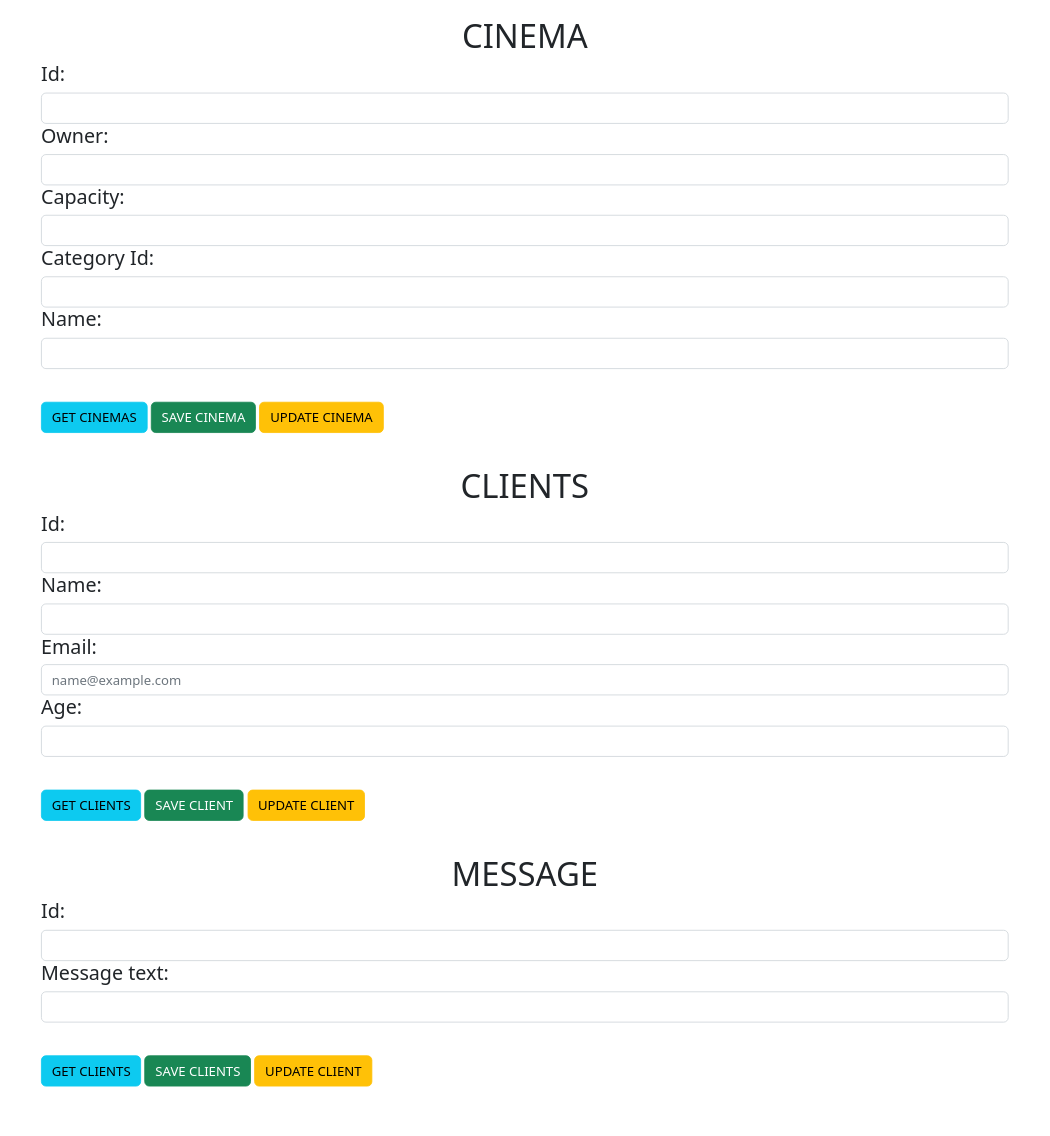
Repository: almendezl/MisionTIC
Page: index.html
The author's editor kept a copy of each file at every save. The page is drawn from the files as they stood at one save, then again after the next save.
The browser window is 1280 px wide. The pictures show the whole page, at 82% of full size.

Above is the page before, as saved 2022-10-01 22:20:27.

### index.html
<html lang="en">
<head>
    <meta charset="UTF-8">
    <meta http-equiv="X-UA-Compatible" content="IE=edge">
    <meta name="viewport" content="width=device-width, initial-scale=1.0">
    <link rel="stylesheet" href="styles.css">
    <title>MISION TIC 2022 RETO 2</title>
</head>
<!-- add jquery api -->
<script src="https://ajax.googleapis.com/ajax/libs/jquery/3.6.1/jquery.min.js"></script>
<!-- add bootstrap -->

<link href="https://cdn.jsdelivr.net/npm/bootstrap@5.2.1/dist/css/bootstrap.min.css" rel="stylesheet" integrity="sha384-iYQeCzEYFbKjA/T2uDLTpkwGzCiq6soy8tYaI1GyVh/UjpbCx/TYkiZhlZB6+fzT" crossorigin="anonymous">
<!-- add the file with the script -->
<script type="text/javascript" src="myScript.js"></script>
<body>
    <!-- cinema front -->
    <h1 class="text-center">CINEMA</h1>
    <form action="">
        <div class="form-group">
            <h4 class="label label-default" >Id: </h4>
            <input class="form-control" type="number" id="cinemaId">
        </div>

        <div class="form-group">
            <h4 class="label label-default" >Owner: </h4>
            <input class="form-control" type="text" id="cinemaOwner">
        </div>

        <div class="form-group">
            <h4 class="label label-default" >Capacity: </h4>
            <input class="form-control" type="number" id="cinemaCapacity" >
        </div>

        <div class="form-group">
            <h4 class="label label-default" >Category Id: </h4>
            <input class="form-control" type="number" id="cinemaCategory">
        </div>

        <div class="form-group">
            <h4 class="label label-default" >Name: </h4>
            <input class="form-control" type="text" id="cinemaName"><br>
        </div>

    </form>




    <button class="btn btn-info" onclick="getCinemas()">GET CINEMAS</button>

    <button class="btn btn-success" onclick="setCinema()">SAVE CINEMA</button>

    <button class="btn btn-warning" onclick="updateCinema()">UPDATE CINEMA</button><br><br>


    <table class="table table-striped" id="cinemasList">


    </table>

    <!-- Clients front  -->
    <h1 class="text-center">CLIENTS</h1>
    <form action="">
        <div class="form-group">
            <h4 class="label label-default" >Id: </h4>
            <input class="form-control" type="number" id="clientId">
        </div>

        <div class="form-group">
            <h4 class="label label-default" >Name: </h4>
            <input class="form-control" type="text" id="clientName">
        </div>

        <div class="form-group">
            <h4 class="label label-default" >Email: </h4>
            <input class="form-control" type="text" id="clientEmail" placeholder="name@example.com">
        </div>

        <div class="form-group">
            <h4 class="label label-default" >Age: </h4>
            <input class="form-control" type="number" id="clientAge"><br>
        </div>

    </form>




    <button class="btn btn-info" onclick="getClients()">GET CLIENTS</button>

    <button class="btn btn-success" onclick="setClient()">SAVE CLIENT</button>

    <button class="btn btn-warning" onclick="updateClient()">UPDATE CLIENT</button><br><br>


    <table class="table table-striped" id="clientsList">


    </table>

    <!-- Message front  -->
    <h1 class="text-center">MESSAGE</h1>
    <form action="">
        <div class="form-group">
            <h4 class="label label-default" >Id: </h4>
            <input class="form-control" type="number" id="messageId">
        </div>

        <div class="form-group">
            <h4 class="label label-default" >Message text: </h4>
            <input class="form-control" type="text" id="messageText"><br>
        </div>


    </form>




    <button class="btn btn-info" onclick="getClients()">GET CLIENTS</button>

    <button class="btn btn-success" onclick="setClient()">SAVE CLIENTS</button>

    <button class="btn btn-warning" onclick="updateClient()">UPDATE CLIENT</button><br><br>


    <table class="table table-striped" id="clientsList">


    </table>

</body>
</html>

### styles.css
body {

    padding: 20px 50px;
  }

### myScript.js
let urlCinema = "https://gbc0751b79176df-fy68ude9ajgxmklv.adb.us-ashburn-1.oraclecloudapps.com/ords/admin/cinema/cinema";
let urlClient = "https://gbc0751b79176df-fy68ude9ajgxmklv.adb.us-ashburn-1.oraclecloudapps.com/ords/admin/client/client";
let urlMessage = "https://gbc0751b79176df-fy68ude9ajgxmklv.adb.us-ashburn-1.oraclecloudapps.com/ords/admin/message/message";

/**
 * ----------------CINEMAS ---------------------
 */
function getCinemas(){

    $.ajax({
        url:  urlCinema,
        type: 'GET',
        dataType: 'json',

        success: function(cinemas){
            console.log(cinemas);
            let cs= cinemas.items;
            //$('#clientsList').append("<h2>Clients List</h2>");
            $('#cinemasList').empty();
            if(cs.length > 0){

                $('#cinemasList').append("<thead><tr><th scope='col'>Id</th><th scope='col'>Owner</th><th scope='col'>Capacity</th><th scope='col'>Category Id</th> <th scope='col'>Name</th><th scope='col'>Option</th></tr></thead><tbody></tbody>");
                for(i = 0; i<cs.length; i++){

                    $('#cinemasList').append("<tr><th scope='row'>"+cs[i].id+"</th><td>"+cs[i].owner+"</td><td>"+cs[i].capacity+"</td><td>"+cs[i].category_id+"</td><td>"+cs[i].name+"</td><td>"+"<button class='btn btn-danger' onclick='deleteCinema("+cs[i].id+")'>DELETE</button></td></tr>");

                }
            }

        },
        error: function(xhr, status){
            alert("A problem has occurred");
        },
        complete: function(xhr, status){
            //alert("Request made");
        }
    });

}

function setCinema(){

    let id = $("#cinemaId").val();
    let owner = $("#cinemaOwner").val();
    let capacity = $("#cinemaCapacity").val();
    let category = $("#cinemaCategory").val();
    let name = $("#cinemaName").val();

    let data = {
        id: id,
        owner: owner,
        capacity: capacity,
        category_id: category,
        name: name

    };

    let dataToSend = JSON.stringify(data);

    console.log(dataToSend);

    $.ajax({
        url: urlCinema,
        type: 'POST',
        //dataType: 'json',
        data: dataToSend,
         contentType: "application/json",

        success: function(json){
            console.log(json);
            //Clean the inputs
            $("#cinemaId").val('');
            $("#cinemaOwner").val('');
            $("#cinemaCapacity").val('');
            $("#cinemaCategory").val('');
            $("#cinemaName").val('');
            getCinemas();
        },
        error: function(xhr, status){
            //alert("A problem has occurred");

        },
        complete: function(xhr, status){
            //alert("Request made");

        }
    });

}

function updateCinema(){
    let id = $("#cinemaId").val();
    let owner = $("#cinemaOwner").val();
    let capacity = $("#cinemaCapacity").val();
    let category = $("#cinemaCategory").val();
    let name = $("#cinemaName").val();

    let data = {
        id: id,
        owner: owner,
        capacity: capacity,
        category_id: category,
        name: name

    };

    let dataToSend = JSON.stringify(data);

    console.log(dataToSend);

    $.ajax({
        url: urlCinema,
        type: 'PUT',
        //dataType: 'json',
        data: dataToSend,
        contentType: "application/json",

        success: function(json){
            console.log(json);
            //Clean the inputs
            $("#cinemaId").val('');
            $("#cinemaOwner").val('');
            $("#cinemaCapacity").val('');
            $("#cinemaCategory").val('');
            $("#cinemaName").val('');
            getCinemas();
        },
        error: function(xhr, status){
            //alert("A problem has occurred");

        },
        complete: function(xhr, status){
            //alert("Request made");

        }
    });
}

function deleteCinema(cinemaId){


    let data = {
        id: cinemaId

    };

    let dataToSend = JSON.stringify(data);

    console.log(dataToSend);

    $.ajax({
        url: urlCinema,
        type: 'DELETE',
        //dataType: 'json',
        data: dataToSend,
        contentType: "application/json",

        success: function(json){
            console.log(json);
            //Clean the inputs
            $("#cinemaId").val('');
            $("#cinemaOwner").val('');
            $("#cinemaCapacity").val('');
            $("#cinemaCategory").val('');
            $("#cinemaName").val('');
            getCinemas();
        },
        error: function(xhr, status){
            //alert("A problem has occurred");

        },
        complete: function(xhr, status){
            //alert("Request made");

        }
    });
}

/**
 * ----------------CLIENTS ---------------------
 */

function getClients(){

    $.ajax({
        url: urlClient,
        type: 'GET',
        dataType: 'json',

        success: function(clients){
            console.log(clients);
            let cs= clients.items;
            //$('#clientsList').append("<h2>Clients List</h2>");
            $('#clientsList').empty();
            if(cs.length > 0){
                $('#clientsList').append("<thead><tr><th scope='col'>Id</th><th scope='col'>Name</th><th scope='col'>Email</th><th scope='col'>Age</th> <th scope='col'>Option</th></tr></thead><tbody></tbody>");
            for(i = 0; i<cs.length; i++){
                //$('#clientsList').append("<b>"+cs[i].id+" "+cs[i].name+" </b> "+cs[i].email+"   <button class='btn btn-danger' onclick='deleteClient("+cs[i].id+")'>DELETE</button>"+"<br>");
                $('#clientsList').append("<tr><th scope='row'>"+cs[i].id+"</th><td>"+cs[i].name+"</td><td>"+cs[i].email+"</td><td>"+cs[i].age+"</td><td>"+"<button class='btn btn-danger' onclick='deleteClient("+cs[i].id+")'>DELETE</button></td></tr>");

            }
            }

        },
        error: function(xhr, status){
            alert("A problem has occurred");
        },
        complete: function(xhr, status){
            //alert("Request made");
        }
    });

}

function setClient(){

    let clientId = $("#clientId").val();
    let clientName = $("#clientName").val();
    let clientEmail = $("#clientEmail").val();
    let clientAge = $("#clientAge").val();

    let data = {
        id: clientId,
        name: clientName,
        email: clientEmail,
        age: clientAge

    };

    let dataToSend = JSON.stringify(data);

    console.log(dataToSend);

    $.ajax({
        url: urlClient,
        type: 'POST',
        //dataType: 'json',
        data: dataToSend,
         contentType: "application/json",

        success: function(json){
            console.log(json);
            //Clean the inputs
            $("#clientId").val('');
            $("#clientName").val('');
            $("#clientEmail").val('');
            $("#clientAge").val('');
            getClients();
        },
        error: function(xhr, status){
            //alert("A problem has occurred");

        },
        complete: function(xhr, status){
            //alert("Request made");

        }
    });

}

function updateClient(){
    let clientId = $("#clientId").val();
    let clientName = $("#clientName").val();
    let clientEmail = $("#clientEmail").val();
    let clientAge = $("#clientAge").val();

    let data = {
        id: clientId,
        name: clientName,
        email: clientEmail,
        age: clientAge

    };

    let dataToSend = JSON.stringify(data);

    console.log(dataToSend);

    $.ajax({
        url:urlClient,
        type: 'PUT',
        //dataType: 'json',
        data: dataToSend,
        contentType: "application/json",

        success: function(json){
            console.log(json);
            //Clean the inputs
            $("#clientId").val('');
            $("#clientName").val('');
            $("#clientEmail").val('');
            $("#clientAge").val('');
            getClients();
        },
        error: function(xhr, status){
            //alert("A problem has occurred");

        },
        complete: function(xhr, status){
            //alert("Request made");

        }
    });
}

function deleteClient(clientId){


    let data = {
        id: clientId

    };

    let dataToSend = JSON.stringify(data);

    console.log(dataToSend);

    $.ajax({
        url:urlClient,
        type: 'DELETE',
        //dataType: 'json',
        data: dataToSend,
        contentType: "application/json",

        success: function(json){
            console.log(json);
            //Clean the inputs
            $("#clientId").val('');
            $("#clientName").val('');
            $("#clientEmail").val('');
            $("#clientAge").val('');
            getClients();
        },
        error: function(xhr, status){
            //alert("A problem has occurred");

        },
        complete: function(xhr, status){
            //alert("Request made");

        }
    });
}

/**
 * ----------------MESSAGE ---------------------
 */

 function getMessages(){

    $.ajax({
        url: urlMessage,
        type: 'GET',
        dataType: 'json',

        success: function(clients){
            console.log(clients);
            let cs= clients.items;
            //$('#clientsList').append("<h2>Clients List</h2>");
            $('#clientsList').empty();
            $('#clientsList').append("<thead><tr><th scope='col'>Id</th><th scope='col'>Name</th><th scope='col'>Email</th><th scope='col'>Age</th> <th scope='col'>Option</th></tr></thead><tbody></tbody>");
            for(i = 0; i<cs.length; i++){
                //$('#clientsList').append("<b>"+cs[i].id+" "+cs[i].name+" </b> "+cs[i].email+"   <button class='btn btn-danger' onclick='deleteClient("+cs[i].id+")'>DELETE</button>"+"<br>");
                $('#clientsList').append("<tr><th scope='row'>"+cs[i].id+"</th><td>"+cs[i].name+"</td><td>"+cs[i].email+"</td><td>"+cs[i].age+"</td><td>"+"<button class='btn btn-danger' onclick='deleteClient("+cs[i].id+")'>DELETE</button></td></tr>");

            }

        },
        error: function(xhr, status){
            alert("A problem has occurred");
        },
        complete: function(xhr, status){
            //alert("Request made");
        }
    });

}

function setMessage(){

    let clientId = $("#clientId").val();
    let clientName = $("#clientName").val();
    let clientEmail = $("#clientEmail").val();
    let clientAge = $("#clientAge").val();

    let data = {
        id: clientId,
        name: clientName,
        email: clientEmail,
        age: clientAge

    };

    let dataToSend = JSON.stringify(data);

    console.log(dataToSend);

    $.ajax({
        url: urlMessage,
        type: 'POST',
        //dataType: 'json',
        data: dataToSend,
         contentType: "application/json",

        success: function(json){
            console.log(json);
            //Clean the inputs
            $("#clientId").val('');
            $("#clientName").val('');
            $("#clientEmail").val('');
            $("#clientAge").val('');
            getClients();
        },
        error: function(xhr, status){
            //alert("A problem has occurred");

        },
        complete: function(xhr, status){
            //alert("Request made");

        }
    });

}

function updateMessage(){
    let clientId = $("#clientId").val();
    let clientName = $("#clientName").val();
    let clientEmail = $("#clientEmail").val();
    let clientAge = $("#clientAge").val();

    let data = {
        id: clientId,
        name: clientName,
        email: clientEmail,
        age: clientAge

    };

    let dataToSend = JSON.stringify(data);

    console.log(dataToSend);

    $.ajax({
        url:urlMessage,
        type: 'PUT',
        //dataType: 'json',
        data: dataToSend,
        contentType: "application/json",

        success: function(json){
            console.log(json);
            //Clean the inputs
            $("#clientId").val('');
            $("#clientName").val('');
            $("#clientEmail").val('');
            $("#clientAge").val('');
            getClients();
        },
        error: function(xhr, status){
            //alert("A problem has occurred");

        },
        complete: function(xhr, status){
            //alert("Request made");

        }
    });
}

function deleteMessage(clientId){


    let data = {
        id: clientId

    };

    let dataToSend = JSON.stringify(data);

    console.log(dataToSend);

    $.ajax({
        url:urlMessage,
        type: 'DELETE',
        //dataType: 'json',
        data: dataToSend,
        contentType: "application/json",

        success: function(json){
            console.log(json);
            //Clean the inputs
            $("#clientId").val('');
            $("#clientName").val('');
            $("#clientEmail").val('');
            $("#clientAge").val('');
            getClients();
        },
        error: function(xhr, status){
            //alert("A problem has occurred");

        },
        complete: function(xhr, status){
            //alert("Request made");

        }
    });
}

After the next save:
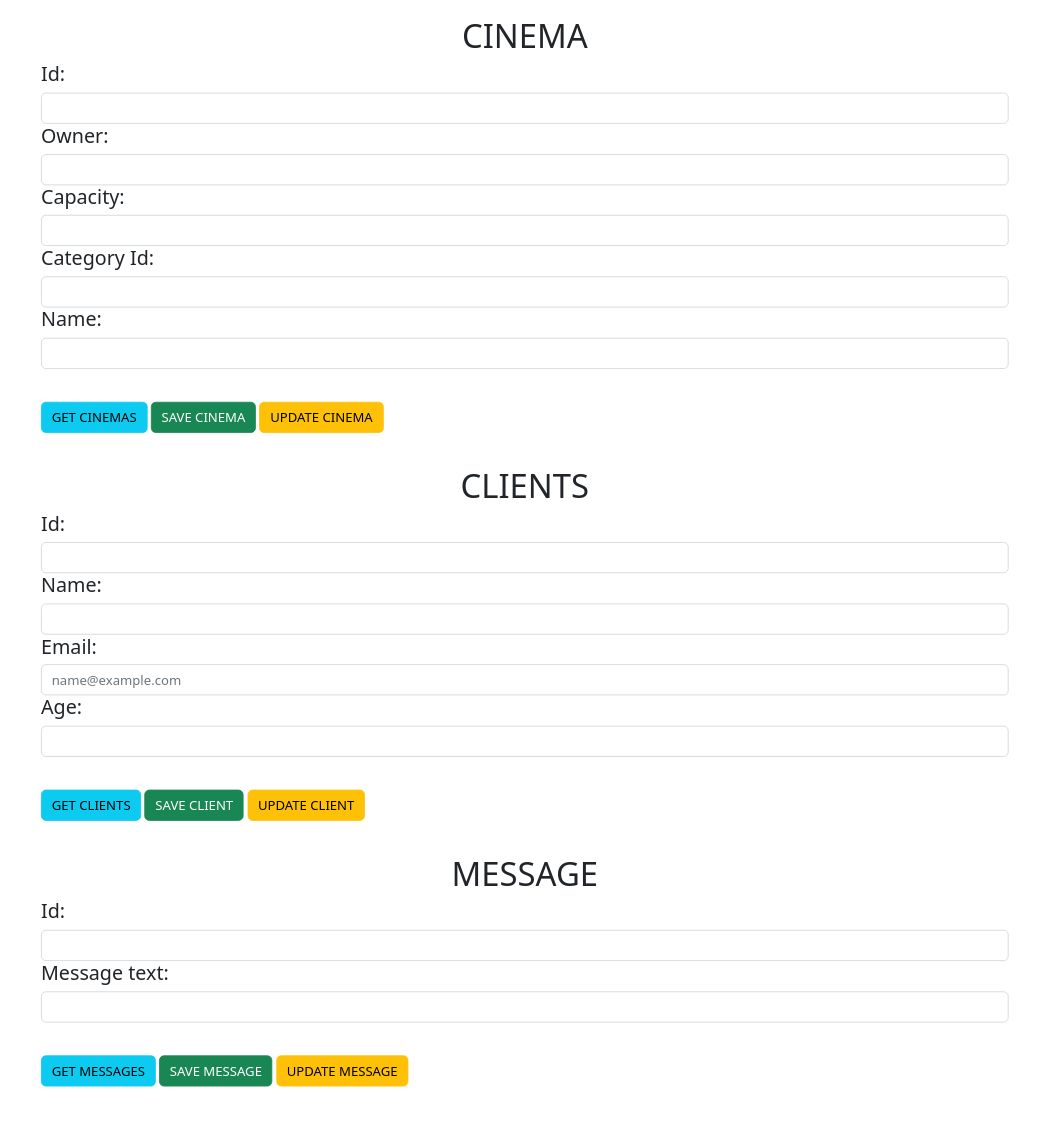
Saved 44 s later.
--- a/index.html
+++ b/index.html
@@ -118,14 +118,14 @@
 
 
 
-    <button class="btn btn-info" onclick="getClients()">GET CLIENTS</button>
+    <button class="btn btn-info" onclick="getMessages()">GET MESSAGES</button>
 
-    <button class="btn btn-success" onclick="setClient()">SAVE CLIENTS</button>
+    <button class="btn btn-success" onclick="setMessage()">SAVE MESSAGE</button>
 
-    <button class="btn btn-warning" onclick="updateClient()">UPDATE CLIENT</button><br><br>
+    <button class="btn btn-warning" onclick="updateMessage()">UPDATE MESSAGE</button><br><br>
 
 
-    <table class="table table-striped" id="clientsList">
+    <table class="table table-striped" id="messagesList">
 
 
     </table>
